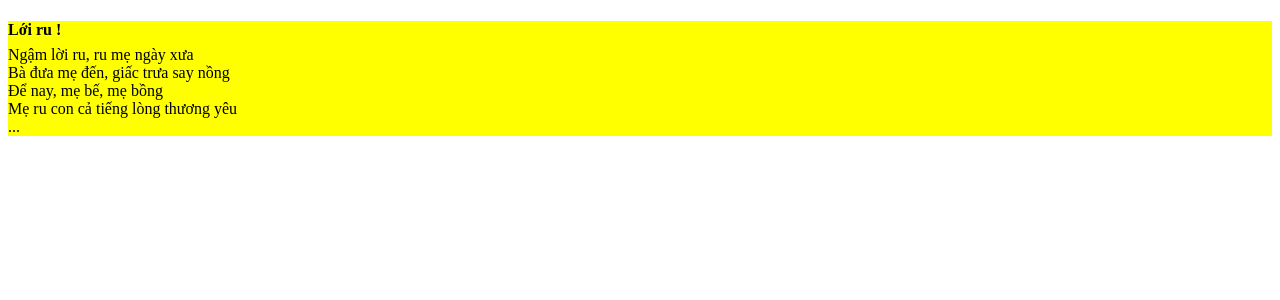
Repository: Tan-Khang21/TH_TKW--Buoi_07
Page: Bai_Tap_Mau/Bai_03/Shadow2.html
The author's editor kept a copy of each file at every save. The page is drawn from the files as they stood at one save, then again after the next save.
The browser window is 1280 px wide. The pictures show the whole page.

Above is the page before, as saved 2024-03-12 15:46:02.

### Bai_Tap_Mau/Bai_03/Shadow2.html
<!DOCTYPE html>
<html lang="en">
  <head>
    <meta charset="UTF-8" />
    <meta name="viewport" content="width=device-width, initial-scale=1.0" />
    <title>Document</title>
  </head>
  <body>
    <style>
      .box {
        background-color: yellow;
      }
    </style>
    <div class="box">
      <h4>Lới ru !</h4>
      <p style="margin-top: -15px">
        Ngậm lời ru, ru mẹ ngày xưa <br />
        Bà đưa mẹ đến, giấc trưa say nồng <br />
        Để nay, mẹ bế, mẹ bồng <br />
        Mẹ ru con cả tiếng lòng thương yêu <br />...
      </p>
    </div>
  </body>
</html>

After the next save:
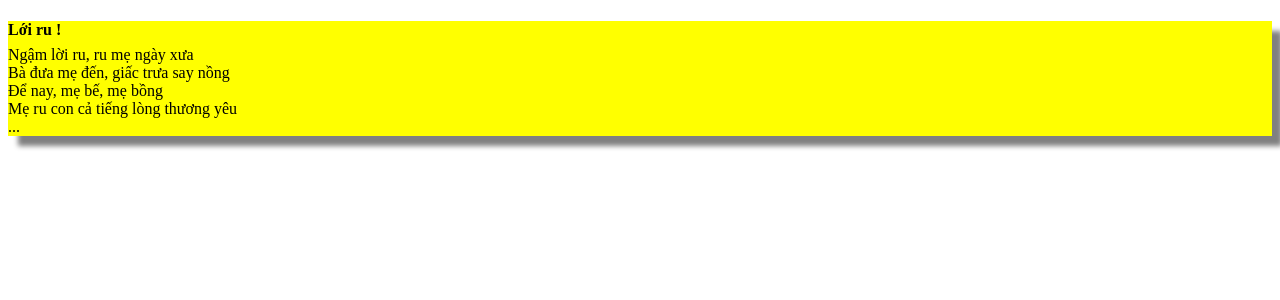
Saved 15 s later.
--- a/Bai_Tap_Mau/Bai_03/Shadow2.html
+++ b/Bai_Tap_Mau/Bai_03/Shadow2.html
@@ -9,6 +9,7 @@
     <style>
       .box {
         background-color: yellow;
+        box-shadow: 10px 10px 5px grey;
       }
     </style>
     <div class="box">
